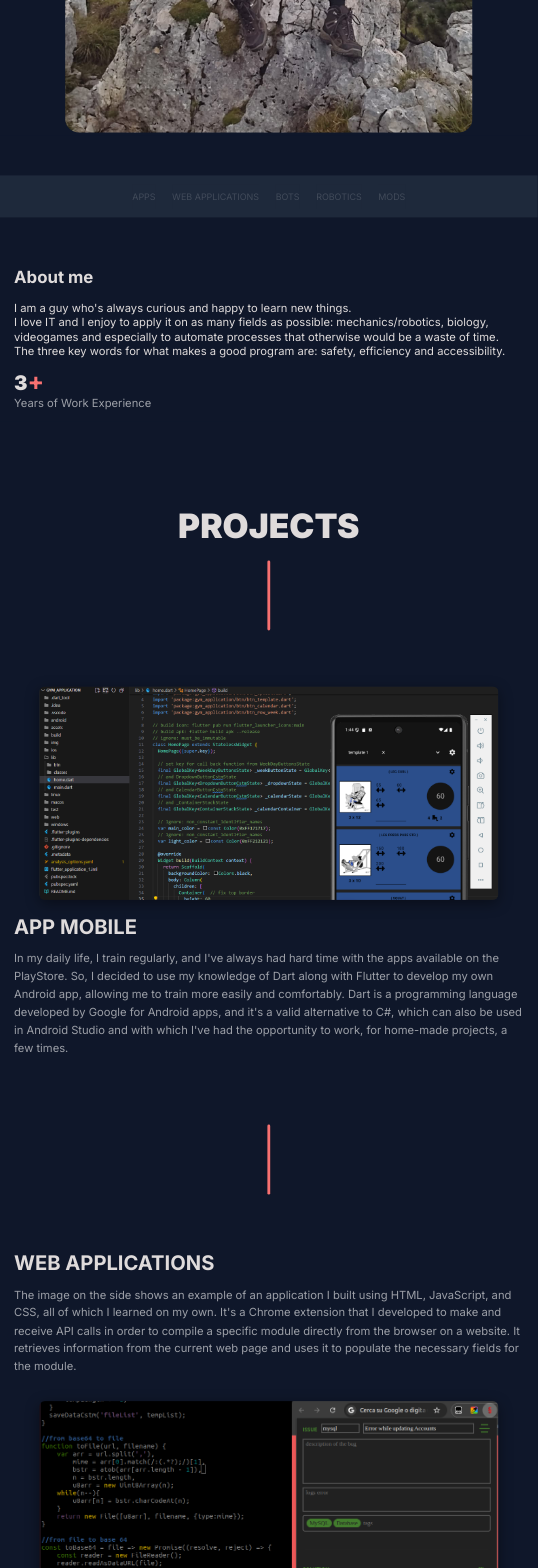
Repository: EnricoCalabrese/EnricoCalabrese.github.io
Page: index.html
The author's editor kept a copy of each file at every save. The page is drawn from the files as they stood at one save, then again after the next save.
The browser window is 768 px wide. The pictures show the part of the page from y = 1032 to 3272 px (the page is 6139 px tall before and 6194 px after), at 70% of full size.

Above is the page before, as saved 2025-07-26 09:17:37.

After the next save:
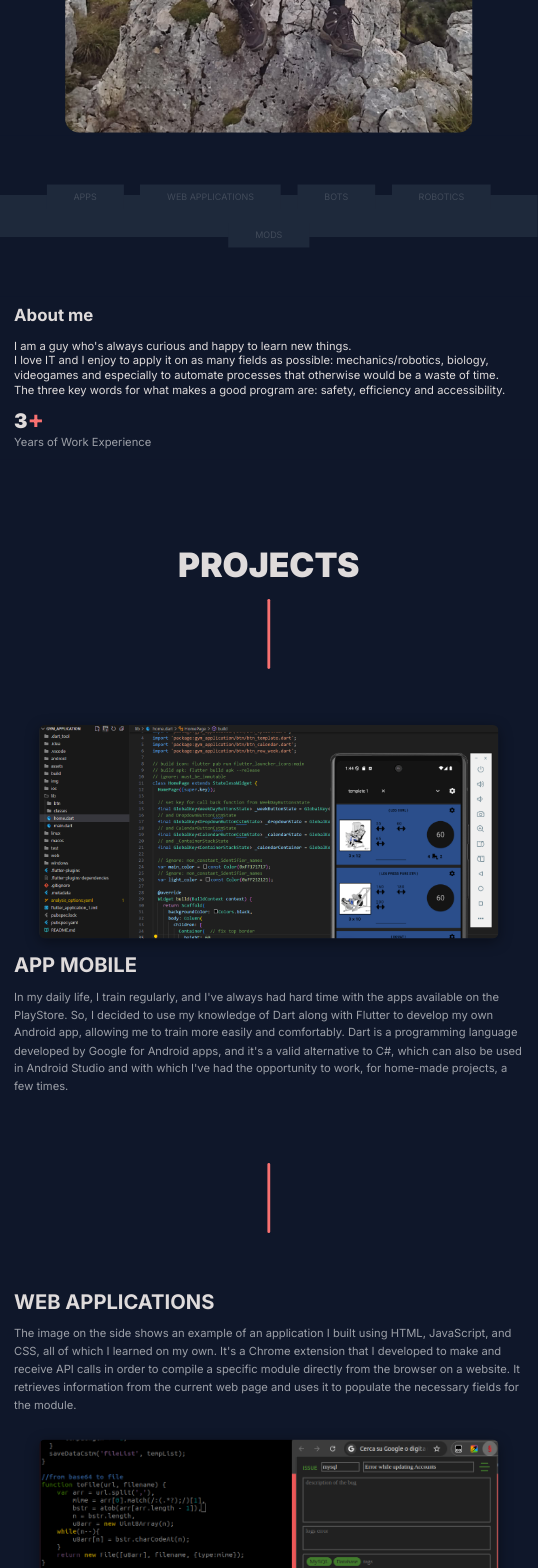
Saved 16 s later.
--- a/index.html
+++ b/index.html
@@ -449,16 +449,6 @@
         text-align: center;
         font-size: 80%;
       }
-
-      .skills a {
-        text-decoration: none;
-        color: var(--color-white-transparent);
-        background-color: var(--color-bg-alt);
-        padding: var(--space-xs) 0;
-        display: inline-block;
-        cursor: pointer;
-        transition: color 0.3s ease;
-      }
     }
   </style>
 </head>

After the save that followed:
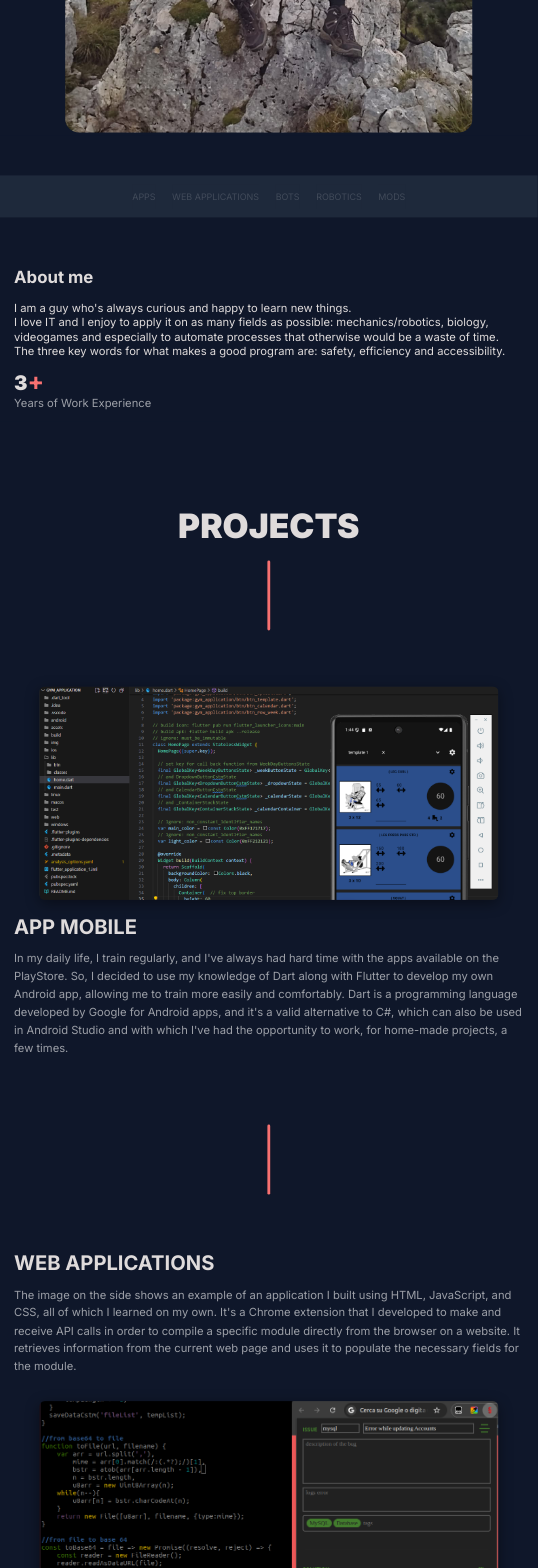
Saved 4 s later.
--- a/index.html
+++ b/index.html
@@ -449,6 +449,16 @@
         text-align: center;
         font-size: 80%;
       }
+
+      .skills a {
+        text-decoration: none;
+        color: var(--color-white-transparent);
+        background-color: var(--color-bg-alt);
+        padding: var(--space-xs) 0;
+        display: inline-block;
+        cursor: pointer;
+        transition: color 0.3s ease;
+      }
     }
   </style>
 </head>
